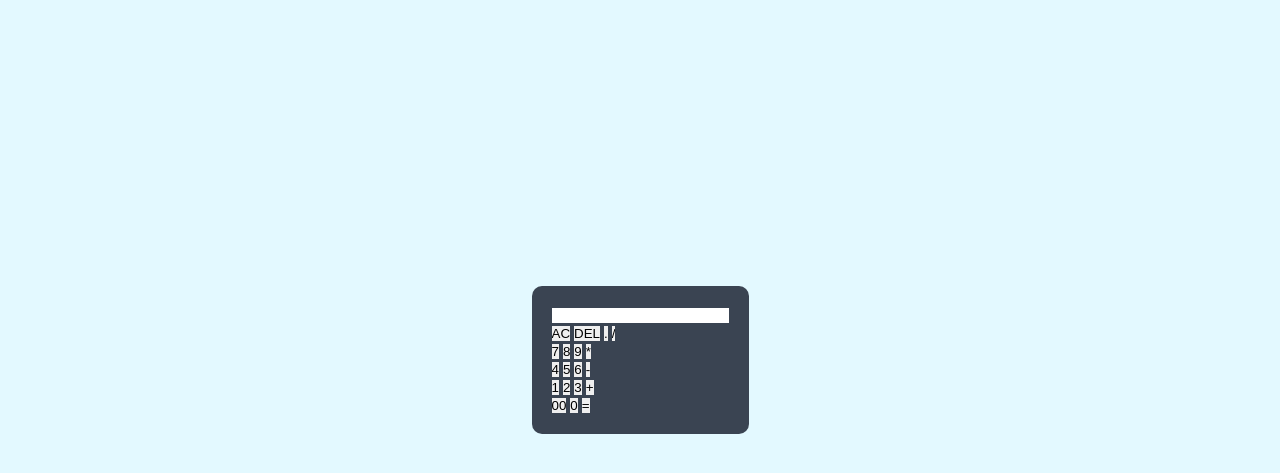
Repository: isaacCodes1/Calculator
Page: index.html
The author's editor kept a copy of each file at every save. The page is drawn from the files as they stood at one save, then again after the next save.
The browser window is 1280 px wide. The pictures show the whole page.

Above is the page before, as saved 2024-04-01 18:17:42.

### index.html
<!DOCTYPE html>
<html lang="en">
  <head>
    <meta charset="UTF-8" />
    <meta name="viewport" content="width=device-width, initial-scale=1.0" />
    <title>Calculator with JavaScript.</title>
    <link rel="stylesheet" href="style.css" />
  </head>
  <body>
    <div class="container">
      <div class="calculator">
        <form>
          <div>
            <input type="text" name="display" />
          </div>
          <div>
            <input type="button" value="AC" />
            <input type="button" value="DEL" />
            <input type="button" value="." />
            <input type="button" value="/" />
          </div>
          <div>
            <input type="button" value="7" />
            <input type="button" value="8" />
            <input type="button" value="9" />
            <input type="button" value="*" />
          </div>
          <div>
            <input type="button" value="4" />
            <input type="button" value="5" />
            <input type="button" value="6" />
            <input type="button" value="-" />
          </div>
          <div>
            <input type="button" value="1" />
            <input type="button" value="2" />
            <input type="button" value="3" />
            <input type="button" value="+" />
          </div>
          <div>
            <input type="button" value="00" />
            <input type="button" value="0" />
            <input type="button" value="=" />
          </div>
        </form>
      </div>
    </div>
  </body>
</html>

### style.css
*{
    margin: 0;
    padding: 0;
    box-sizing: border-box;
}
.container{
    width:100%;
    height: 100vh;
    background: #e3f9ff;
    display: flex;
    align-items: center;
    justify-content: center;
}
.calculator{
    background: #3a4452;
    padding: 20px;
    border-radius: 10px;
}
.calculator form input{
    border: 0;
    outline: 0;
}

After the next save:
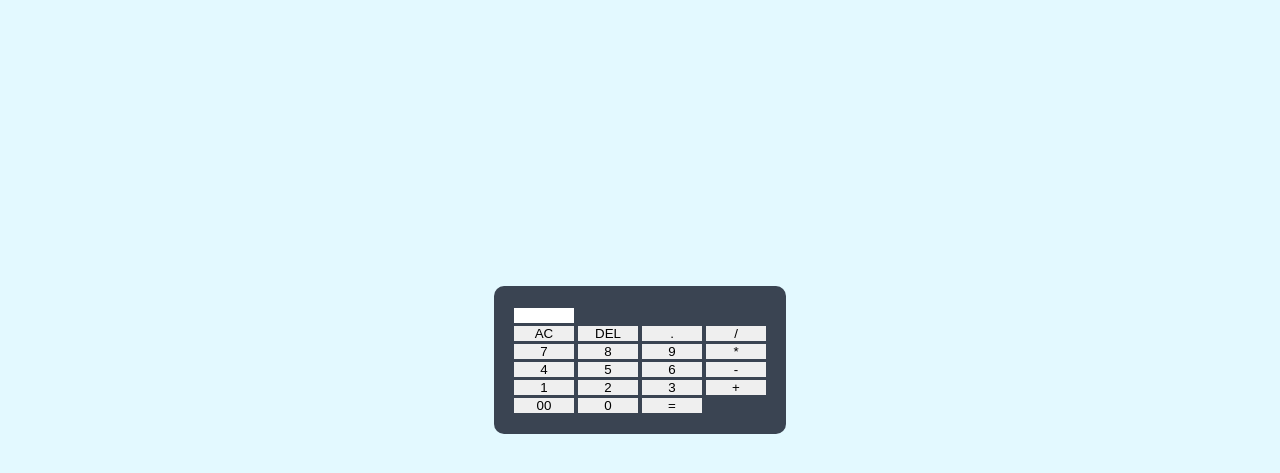
Saved 4 s later.
--- a/style.css
+++ b/style.css
@@ -19,4 +19,5 @@
 .calculator form input{
     border: 0;
     outline: 0;
+    width: 60px;
 }
